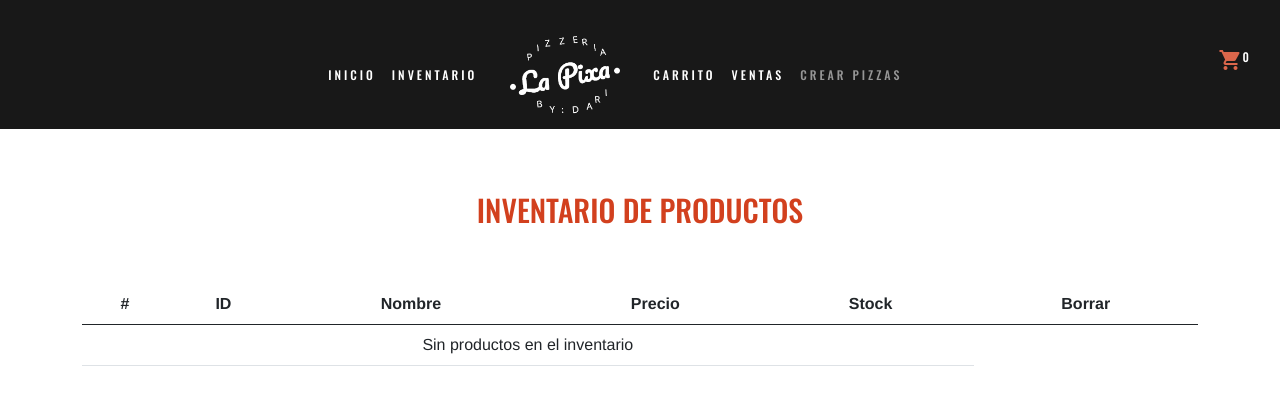
Repository: Darigo30/prueba-vue-dari-pizza
Page: /inventario
These files come from the project's save history. The page is drawn as it stood at one moment and after the next save; the edit follows.
The browser window is 1280 px wide. The pictures show the whole page.
The project was rebuilt for these pictures with package versions that can differ from the ones it lists, and the page was loaded fresh each time. Also part of the build but not shown: src/views/Home.vue.

Above is the page before, as saved 2021-05-23 20:38:25.

After the next save:
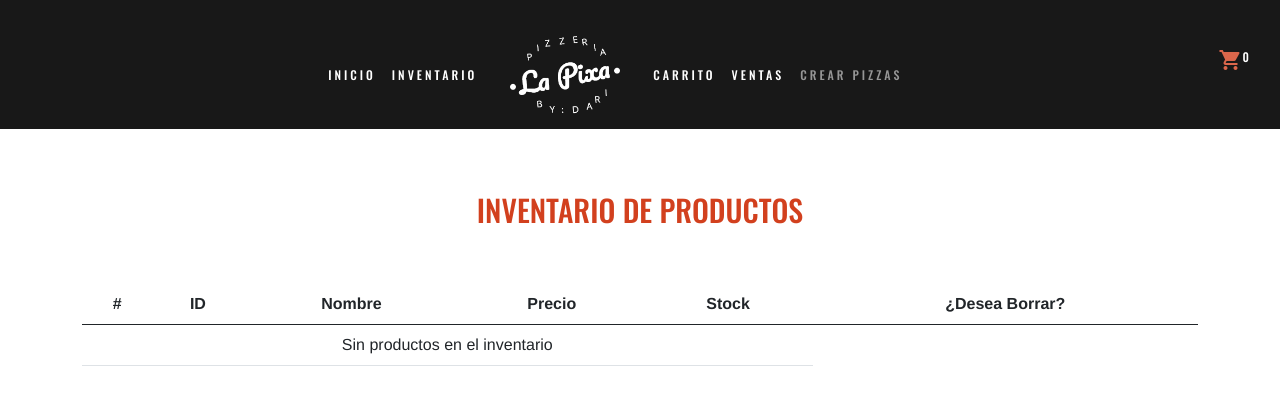
Saved 14 s later.
--- a/src/views/Inventario.vue
+++ b/src/views/Inventario.vue
@@ -15,7 +15,7 @@
               <th scope="col">Nombre</th>
               <th scope="col">Precio</th>
               <th scope="col">Stock</th>
-              <th scope="col">Borrar</th>
+              <th scope="col">¿Desea Borrar?</th>
             </tr>
           </thead>
 
